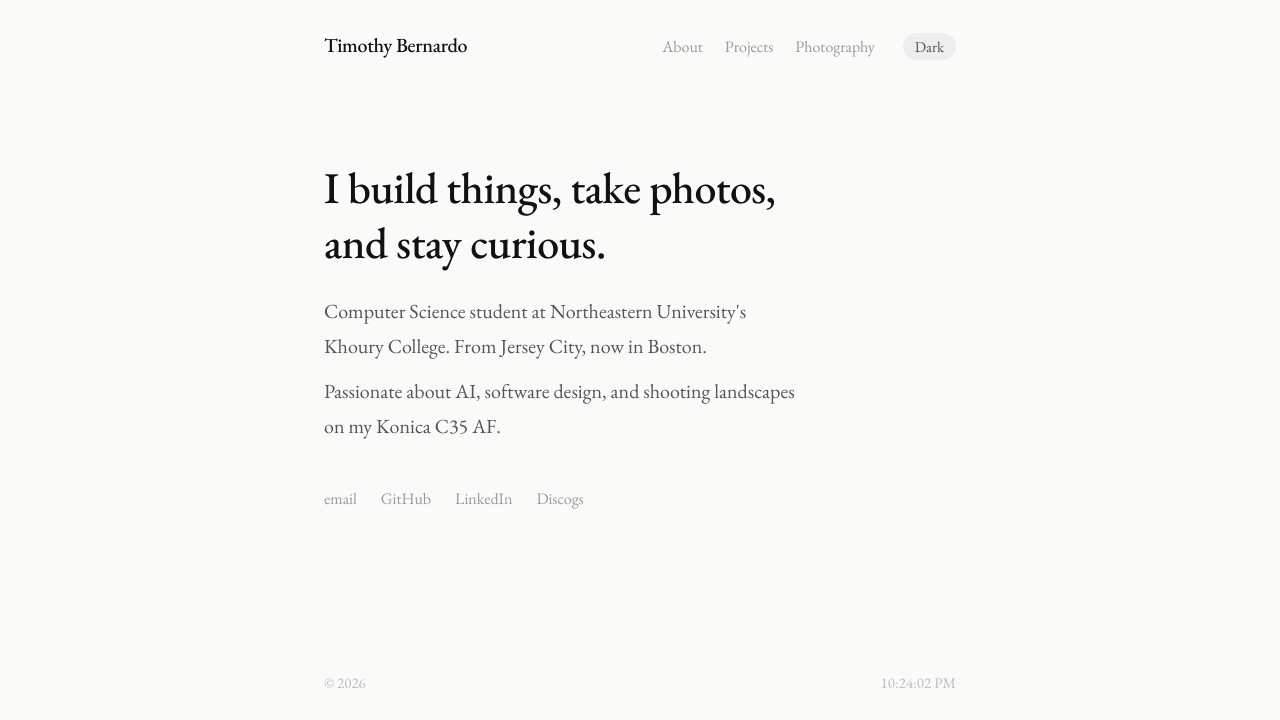
Repository: timothybernardo/portfolio
Page: /
The author's editor kept a copy of each file at every save. The page is drawn from the files as they stood at one save, then again after the next save.
The browser window is 1280 px wide. The pictures show the whole page.
The project was rebuilt for these pictures with package versions that can differ from the ones it lists, and the page was loaded fresh each time. Also part of the build but not shown: src/data/experience.js, src/pages/About.jsx, src/data/projects.js, src/pages/Projects.jsx, src/data/photos.js, src/components/PhotoCard.jsx, src/pages/Photography.jsx.

Above is the page before, as saved 2026-03-07 22:30:16.

### public/index.html
<!DOCTYPE html>
<html lang="en">
<head>
  <meta charset="UTF-8" />
  <meta name="viewport" content="width=device-width, initial-scale=1.0" />
  <title>Timothy Bernardo</title>
  <link href="https://fonts.googleapis.com/css2?family=EB+Garamond:ital,wght@0,400;0,500;0,600;0,700;1,400&display=swap" rel="stylesheet" />
</head>
<body>
  <div id="root"></div>
</body>
</html>

### src/index.js
import React from "react";
import ReactDOM from "react-dom/client";
import { BrowserRouter } from "react-router-dom";
import App from "./App";
import "./index.css";

const root = ReactDOM.createRoot(document.getElementById("root"));
root.render(
  <React.StrictMode>
    <BrowserRouter>
      <App />
    </BrowserRouter>
  </React.StrictMode>
);

### src/App.jsx
import { useState } from "react";
import { Routes, Route } from "react-router-dom";
import { themes, serif } from "./theme";
import Header from "./components/Header";
import Footer from "./components/Footer";
import Home from "./pages/Home";
import About from "./pages/About";
import Projects from "./pages/Projects";
import Photography from "./pages/Photography";

export default function App() {
  const [dark, setDark] = useState(false);
  const theme = dark ? themes.dark : themes.light;

  return (
    <div
      style={{
        fontFamily: serif,
        color: theme.text,
        minHeight: "100vh",
        background: theme.bg,
        display: "flex",
        flexDirection: "column",
        transition: "background 0.3s, color 0.3s",
      }}
    >
      <Header theme={theme} isDark={dark} onToggle={() => setDark(!dark)} />

      <main style={{ maxWidth: 680, width: "100%", margin: "0 auto", padding: "0 24px 100px", flex: 1 }}>
        <Routes>
          <Route path="/" element={<Home theme={theme} />} />
          <Route path="/about" element={<About theme={theme} />} />
          <Route path="/projects" element={<Projects theme={theme} />} />
          <Route path="/photography" element={<Photography theme={theme} />} />
          <Route path="/photography/:id" element={<Photography theme={theme} />} />
        </Routes>
      </main>

      <Footer theme={theme} />
    </div>
  );
}

### src/index.css
* {
  margin: 0;
  padding: 0;
  box-sizing: border-box;
}

body {
  -webkit-font-smoothing: antialiased;
  -moz-osx-font-smoothing: grayscale;
}

a {
  text-decoration: none;
  color: inherit;
}

### src/theme.js
export const serif = "'EB Garamond', Georgia, 'Times New Roman', serif";

export const themes = {
  light: {
    bg: "#fafaf8",
    text: "#111",
    sub: "#555",
    muted: "#999",
    faint: "#bbb",
    border: "#ece9e5",
    pill: "#111",
    pillT: "#fff",
    pillB: "#ddd",
    badge: "rgba(255,255,255,0.3)",
    toggle: "#eee",
    toggleTxt: "#555",
  },
  dark: {
    bg: "#131313",
    text: "#e4e0da",
    sub: "#a09a93",
    muted: "#6b665f",
    faint: "#4a4640",
    border: "#282624",
    pill: "#e4e0da",
    pillT: "#131313",
    pillB: "#383530",
    badge: "rgba(255,255,255,0.18)",
    toggle: "#282624",
    toggleTxt: "#a09a93",
  },
};

### src/components/Header.jsx
import { Link, useLocation } from "react-router-dom";
import { serif } from "../theme";

const links = [
  { path: "/about", label: "About" },
  { path: "/projects", label: "Projects" },
  { path: "/photography", label: "Photography" },
];

export default function Header({ theme, onToggle, isDark }) {
  const { pathname } = useLocation();

  return (
    <header
      style={{
        maxWidth: 680,
        width: "100%",
        margin: "0 auto",
        padding: "32px 24px 0",
        display: "flex",
        justifyContent: "space-between",
        alignItems: "baseline",
        fontFamily: serif,
      }}
    >
      <Link to="/" style={{ fontWeight: 500, fontSize: 20, letterSpacing: "-0.3px" }}>
        Timothy Bernardo
      </Link>

      <nav style={{ display: "flex", gap: 22, alignItems: "baseline" }}>
        {links.map(({ path, label }) => (
          <Link
            key={path}
            to={path}
            style={{
              fontSize: 16,
              color: pathname === path ? theme.text : theme.muted,
              paddingBottom: 2,
              borderBottom:
                pathname === path
                  ? `1.5px solid ${theme.text}`
                  : "1.5px solid transparent",
            }}
          >
            {label}
          </Link>
        ))}
        <span
          onClick={onToggle}
          style={{
            fontFamily: serif,
            fontSize: 15,
            cursor: "pointer",
            padding: "4px 12px",
            borderRadius: 14,
            background: theme.toggle,
            color: theme.toggleTxt,
            marginLeft: 6,
            userSelect: "none",
          }}
        >
          {isDark ? "Light" : "Dark"}
        </span>
      </nav>
    </header>
  );
}

### src/components/Footer.jsx
import Clock from "./Clock";
import { serif } from "../theme";

export default function Footer({ theme }) {
  return (
    <footer
      style={{
        maxWidth: 680,
        width: "100%",
        margin: "0 auto",
        padding: "20px 24px 28px",
        fontSize: 15,
        color: theme.faint,
        display: "flex",
        justifyContent: "space-between",
        alignItems: "center",
        fontFamily: serif,
      }}
    >
      <span>&copy; 2026</span>
      <Clock color={theme.faint} />
    </footer>
  );
}

### src/pages/Home.jsx
import { serif } from "../theme";

const links = [
  { label: "email", href: "mailto:bernardo.t@northeastern.edu" },
  { label: "GitHub", href: "https://github.com/timothybernardo" },
  { label: "LinkedIn", href: "https://www.linkedin.com/in/timothybernardo/" },
  { label: "Discogs", href: "https://www.discogs.com/user/timrthy" },
];

export default function Home({ theme }) {
  return (
    <div style={{ marginTop: 100, fontFamily: serif }}>
      <h1
        style={{
          fontSize: 44,
          fontWeight: 500,
          lineHeight: 1.25,
          letterSpacing: "-0.5px",
          marginBottom: 24,
        }}
      >
        I build things, take photos,
        <br />
        and stay curious.
      </h1>
      <p style={{ fontSize: 20, color: theme.sub, lineHeight: 1.75, maxWidth: 480, marginBottom: 10 }}>
        Computer Science student at Northeastern University's Khoury College. From Jersey City, now in Boston.
      </p>
      <p style={{ fontSize: 20, color: theme.sub, lineHeight: 1.75, maxWidth: 480, marginBottom: 44 }}>
        Passionate about AI, software design, and shooting landscapes on my Konica C35 AF.
      </p>
      <div style={{ display: "flex", gap: 24 }}>
        {links.map(({ label, href }, i) => (
          <a
            key={i}
            href={href}
            target="_blank"
            rel="noopener noreferrer"
            style={{ fontSize: 16, color: theme.muted, transition: "color 0.15s" }}
            onMouseEnter={(e) => (e.currentTarget.style.color = theme.text)}
            onMouseLeave={(e) => (e.currentTarget.style.color = theme.muted)}
          >
            {label}
          </a>
        ))}
      </div>
    </div>
  );
}

### src/components/Clock.jsx
import { useState, useEffect } from "react";

export default function Clock({ color }) {
  const [time, setTime] = useState(new Date());

  useEffect(() => {
    const interval = setInterval(() => setTime(new Date()), 1000);
    return () => clearInterval(interval);
  }, []);

  return (
    <span style={{ color }}>
      {time.toLocaleTimeString("en-US", {
        hour: "2-digit",
        minute: "2-digit",
        second: "2-digit",
      })}
    </span>
  );
}

After the next save:
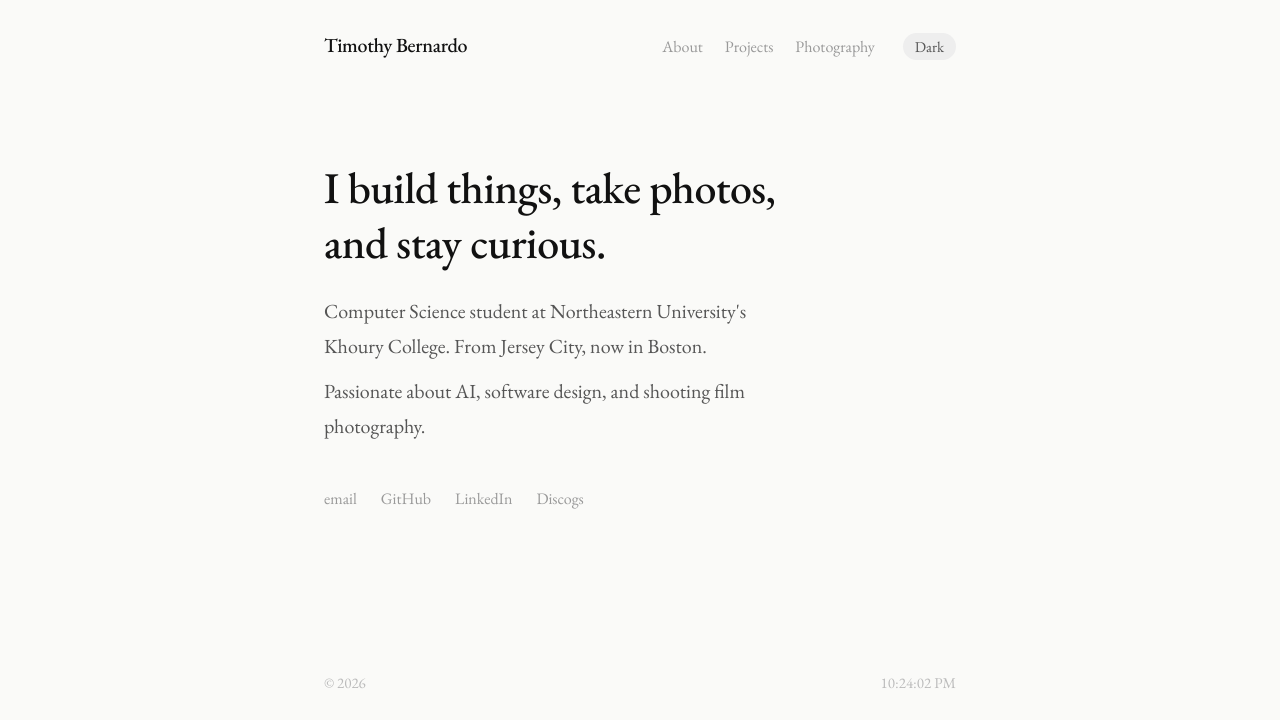
Saved 78 s later.
--- a/src/pages/Home.jsx
+++ b/src/pages/Home.jsx
@@ -27,7 +27,7 @@ export default function Home({ theme }) {
         Computer Science student at Northeastern University's Khoury College. From Jersey City, now in Boston.
       </p>
       <p style={{ fontSize: 20, color: theme.sub, lineHeight: 1.75, maxWidth: 480, marginBottom: 44 }}>
-        Passionate about AI, software design, and shooting landscapes on my Konica C35 AF.
+        Passionate about AI, software design, and shooting film photography.
       </p>
       <div style={{ display: "flex", gap: 24 }}>
         {links.map(({ label, href }, i) => (
